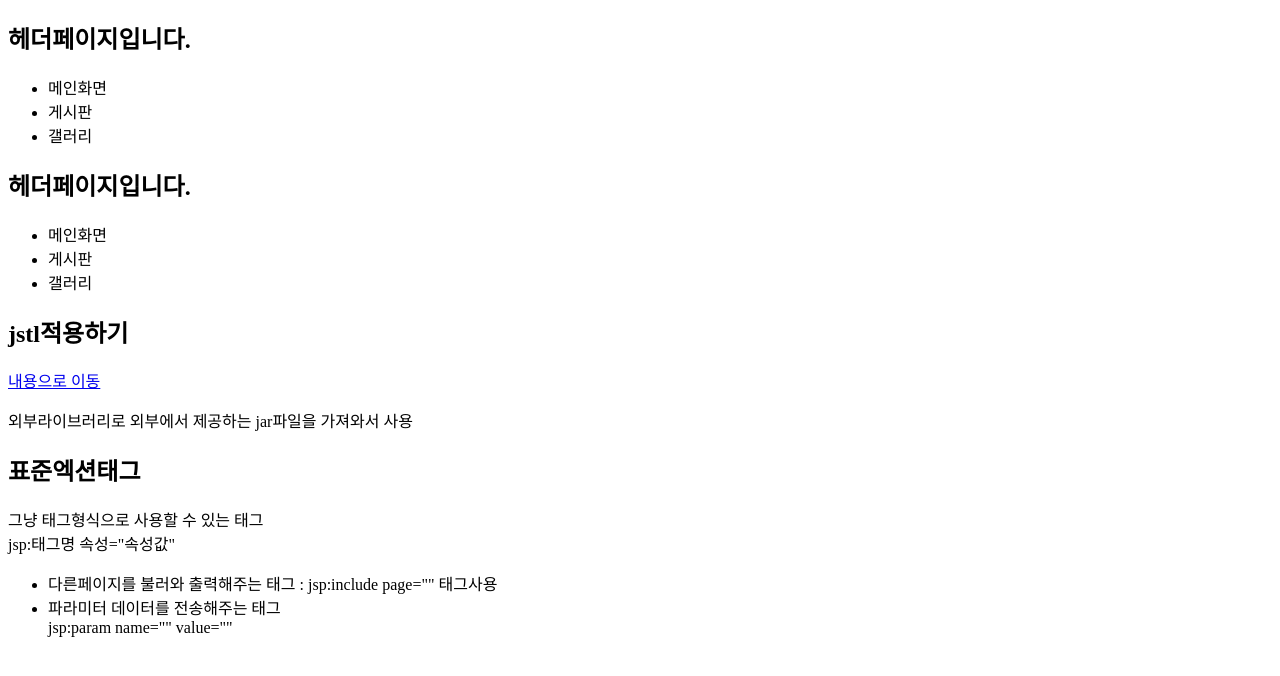
Repository: yongmin0309/mybatis1
Page: http://localhost/eL_JSTL/
These files come from the project's save history. The page is drawn as it stood at one moment and after the next save; the edit follows.
The browser window is 1280 px wide. The pictures show the whole page.
The page is served by Tomcat 9.

Above is the page before, as saved 2024-04-20 05:17:54.

After the next save:
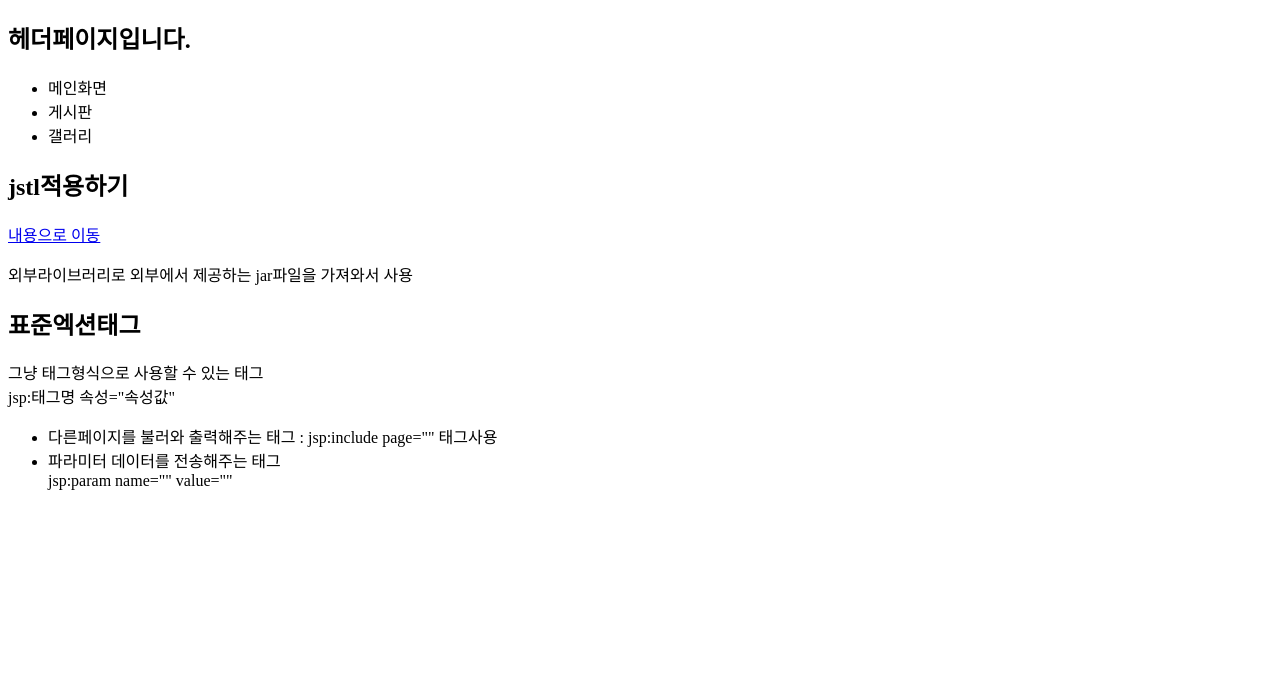
Saved 11 s later.
--- a/work/eL_JSTL/src/main/webapp/index.jsp
+++ b/work/eL_JSTL/src/main/webapp/index.jsp
@@ -4,20 +4,6 @@
 <%@ taglib prefix="c" uri="http://java.sun.com/jsp/jstl/core" %>
 <%@ taglib prefix="fmt" uri="http://java.sun.com/jsp/jstl/fmt" %>
 <%@ include file="/views/common/header.jsp" %>
-<!DOCTYPE html>
-<html>
-<head>
-<meta charset="UTF-8">
-<title>jstl</title>
-</head>
-<body>
-	<h2>헤더페이지입니다.</h2>
-	<ul>
-		<li>메인화면</li>
-		<li>게시판</li>
-		<li>갤러리</li>
-	</ul>
-
 	<h2>jstl적용하기</h2>
 	<a href="views/content.jsp">내용으로 이동</a>
 	<p>외부라이브러리로 외부에서 제공하는 jar파일을 가져와서 사용</p>
